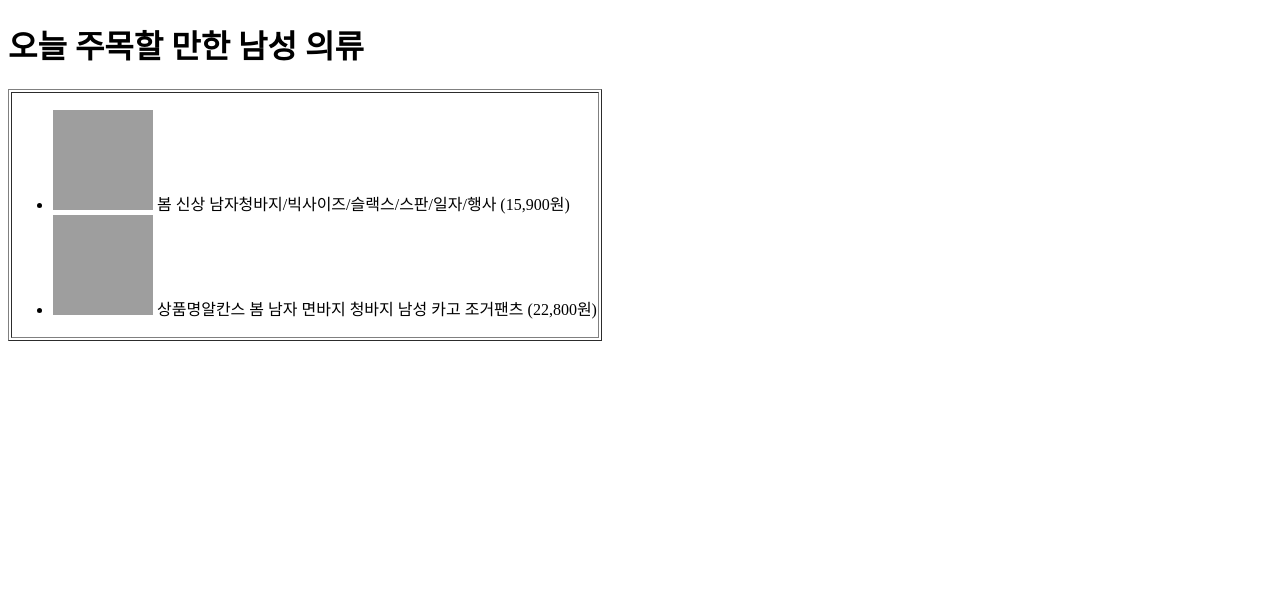
Repository: bjKim2/JSP
Page: HTML/src/main/webapp/Ex02.html
The author's editor kept a copy of each file at every save. The page is drawn from the files as they stood at one save, then again after the next save.
The browser window is 1280 px wide. The pictures show the whole page.
Pictures or frames that could not be fetched are drawn as grey boxes.

Above is the page before, as saved 2022-03-15 03:34:31.

### HTML/src/main/webapp/Ex02.html
<!DOCTYPE html>
<html>
	<head>
	<meta charset="UTF-8">
	<title>Ex02</title>
	</head>
	<body>
		<h1> 오늘 주목할 만한 남성 의류 </h1>

		<table border  = '1'>
			<tr>
				<td>

					<ul>
						<li>
							<img alt='청바지1' src ='https://gdimg.gmarket.co.kr/528849355/still/280?ver=1647052830' width= 100 height = 100>
							봄 신상 남자청바지/빅사이즈/슬랙스/스판/일자/행사 (15,900원)
						</li>
						<li>
							<img alt='면바지1' src ='https://gdimg.gmarket.co.kr/1484539439/still/280?ver=1631235575' width= 100 height = 100>
							상품명알칸스 봄 남자 면바지 청바지 남성 카고 조거팬츠 (22,800원)
						</li>

					</ul>



				</td>

			</tr>



		</table>

	</body>
</html>

After the next save:
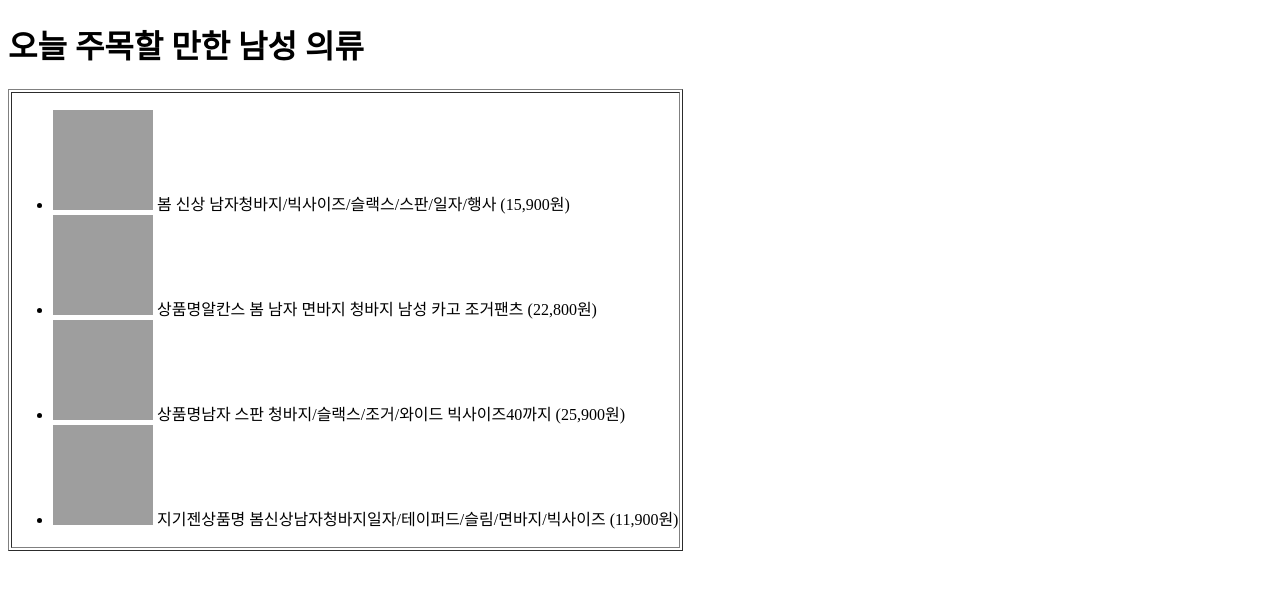
Saved 112 s later.
--- a/HTML/src/main/webapp/Ex02.html
+++ b/HTML/src/main/webapp/Ex02.html
@@ -20,7 +20,14 @@
 							<img alt='면바지1' src ='https://gdimg.gmarket.co.kr/1484539439/still/280?ver=1631235575' width= 100 height = 100>
 							상품명알칸스 봄 남자 면바지 청바지 남성 카고 조거팬츠 (22,800원)
 						</li>
-
+						<li>
+							<img alt='면바지2' src ='https://gdimg.gmarket.co.kr/872250936/still/280?ver=1522658466' width= 100 height = 100>
+							상품명남자 스판 청바지/슬랙스/조거/와이드 빅사이즈40까지 (25,900원)
+						</li>
+						<li>
+							<img alt='청바지2' src ='http://gdimg.gmarket.co.kr/125749989/still/280?ver=1645168899' width= 100 height = 100>
+							지기젠상품명 봄신상남자청바지일자/테이퍼드/슬림/면바지/빅사이즈 (11,900원)
+						</li>
 					</ul>
 
 
